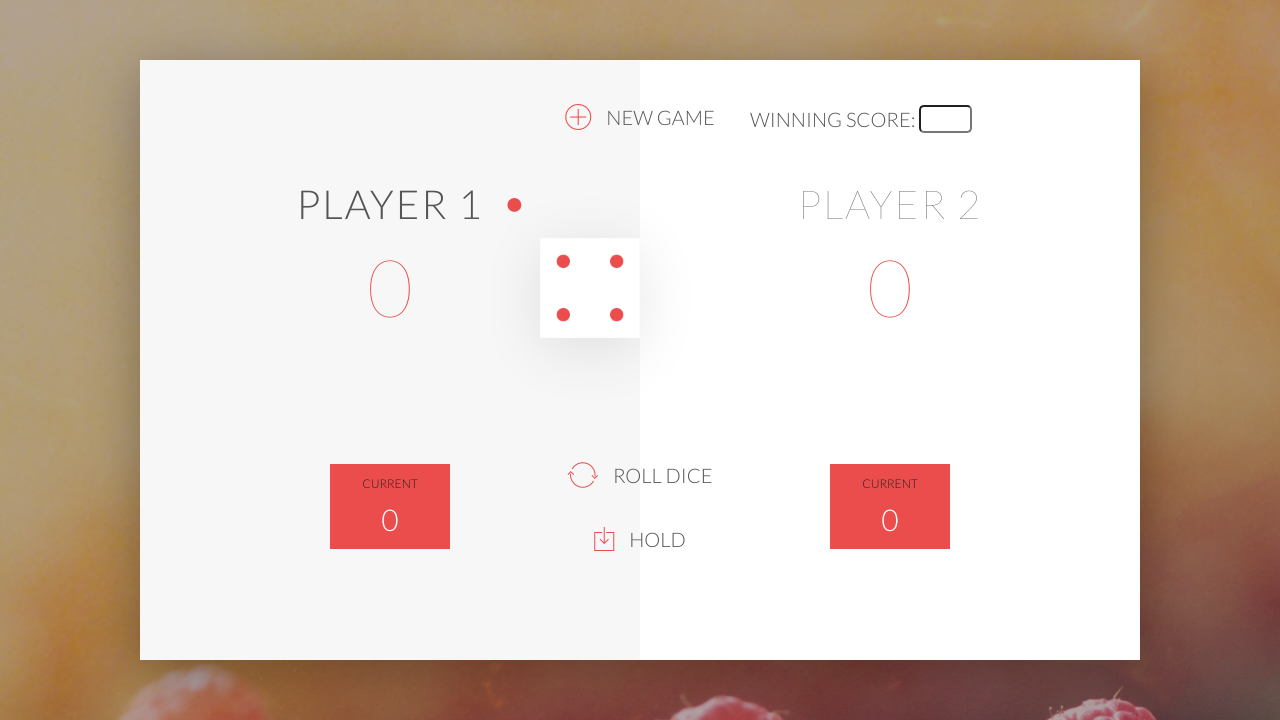
Repository: hexanek/hexanek.github.io
Page: pig-game/index.html
These files come from the project's save history. The page is drawn as it stood at one moment and after the next save; the edit follows.
The browser window is 1280 px wide. The pictures show the whole page.

Above is the page before, as saved 2019-12-19 23:23:04.

After the next save:
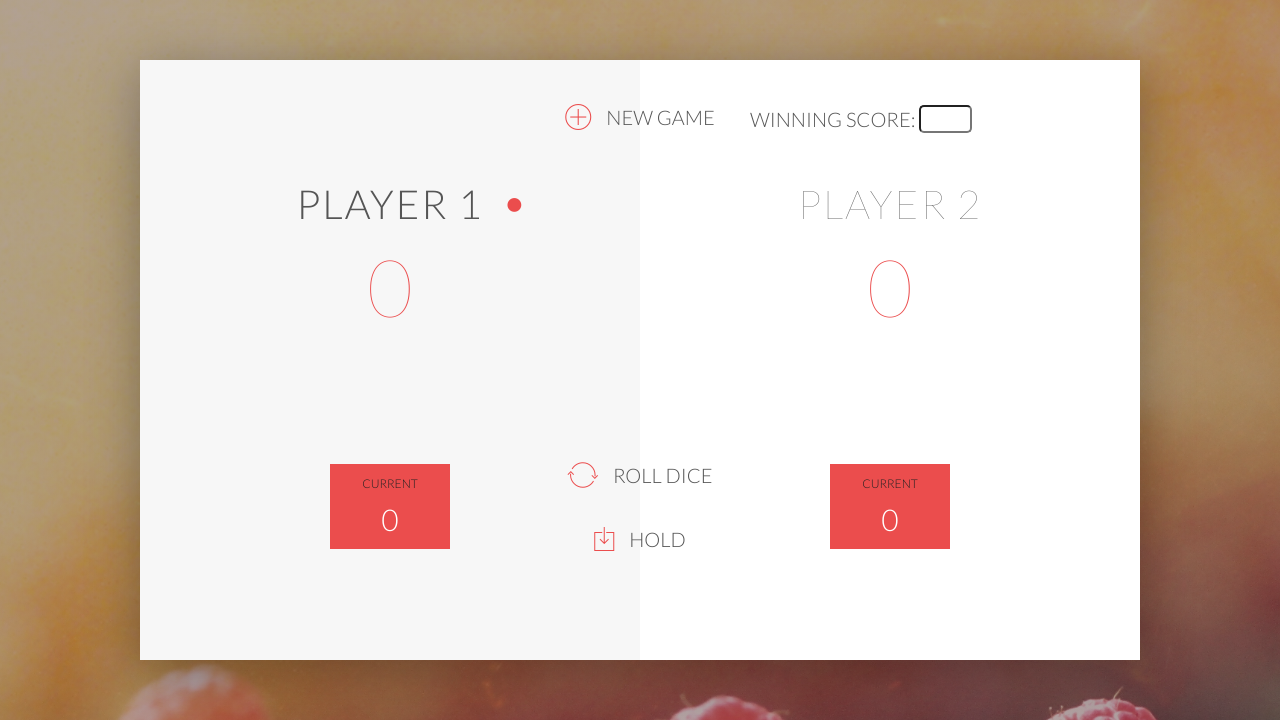
Saved 54 s later.
--- a/pig-game/app.js
+++ b/pig-game/app.js
@@ -79,6 +79,7 @@ function init(){
     gamePlaying = true;
 
     document.querySelector('.dice').style.display = 'none';
+    document.querySelector('.dice2').style.display = 'none';
 
     //document.querySelector('#current-'+ activePlayer).textContent = dice;
     document.getElementById('score-0').textContent = '0';
